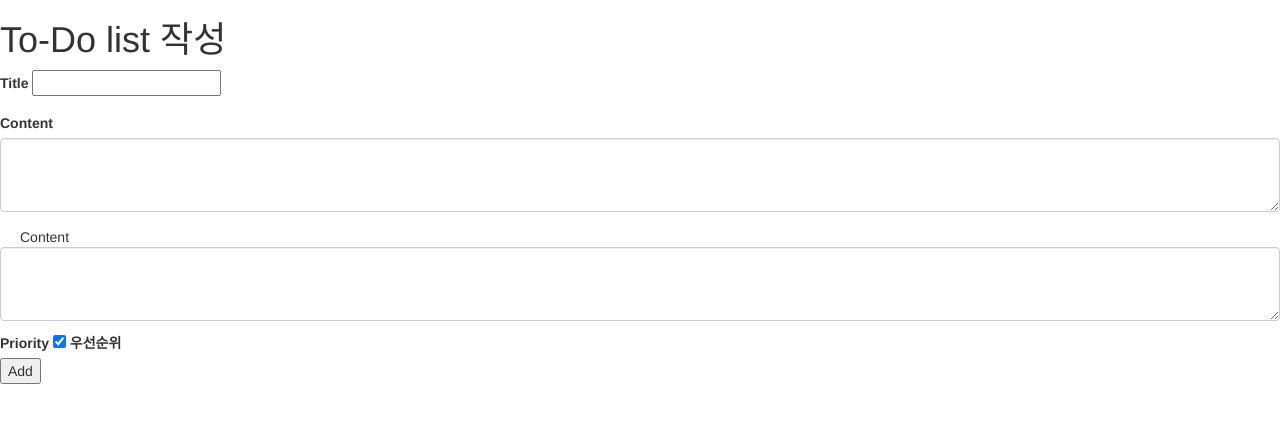
Repository: qudgns200/Toy_01_ToDoList
Page: http://localhost/ToDoList/jsp/writeForm.jsp
These files come from the project's save history. The page is drawn as it stood at one moment and after the next save; the edit follows.
The browser window is 1280 px wide. The pictures show the whole page.
The page is served by Tomcat 9. Nobody is signed in. The application's start-up code is not run.

Above is the page before, as saved 2019-11-07 04:43:20.
Console error (its wording comes from the project's code and is left out).

After the next save:
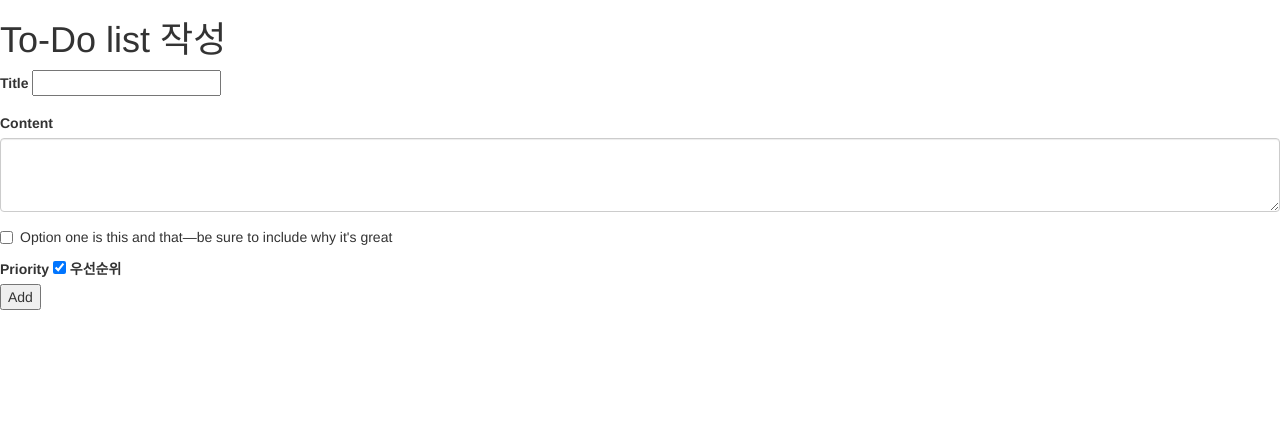
Saved 10 s later.
--- a/ToDoList/WebContent/jsp/writeForm.jsp
+++ b/ToDoList/WebContent/jsp/writeForm.jsp
@@ -26,8 +26,10 @@
 		</div>
 
 		<div class="checkbox">
-			<label for="content">Content</label>
-			<textarea class="form-control" rows="3"></textarea>
+		  <label>
+		    <input type="checkbox" value="">
+		    Option one is this and that&mdash;be sure to include why it's great
+		  </label>
 		</div>
 
 		<label>Priority</label> <input type="checkbox" name="priority"
